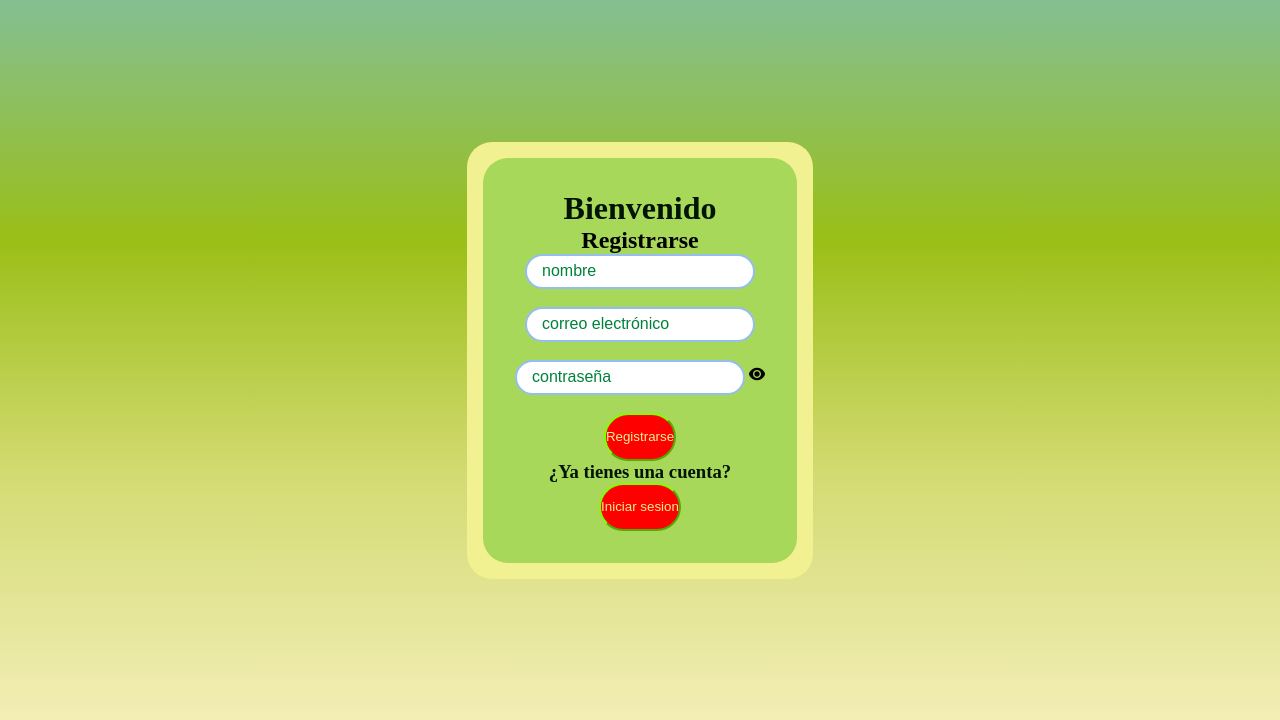
Repository: carrascokarencb37-afk/Nuura
Page: html/registrarse.html
The author's editor kept a copy of each file at every save. The page is drawn from the files as they stood at one save, then again after the next save.
The browser window is 1280 px wide. The pictures show the whole page.
Backgrounds fixed to the window are drawn as part of the page. Some web libraries are served in a nearby version.

Above is the page before, as saved 2026-05-28 22:41:57.

After the next save:
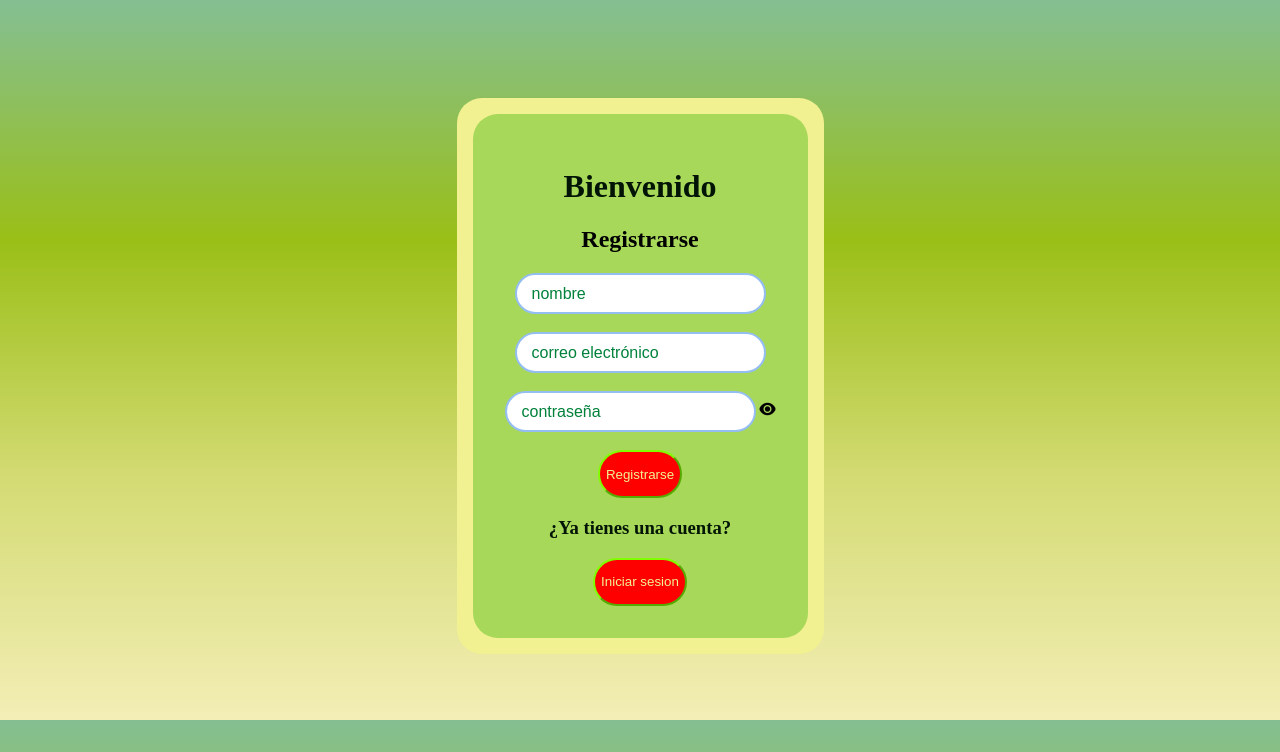
Saved 7 s later.
--- a/css/style.css
+++ b/css/style.css
@@ -8,11 +8,6 @@
     font-style: normal;
 }
 
-* {
-    margin : 0;
-    padding: 0;
-    box-sizing: border-box;
-}
 
 body {
     background-image: linear-gradient(to top, #f3eeb6, #d4db74, #9abf17, #84bf93);
@@ -26,7 +21,7 @@ body {
     padding: 1rem;
     display: flex;
     align-items: center;
-    justify-content: center;
+    justify-content: ;
 }
 
 .titulo {
